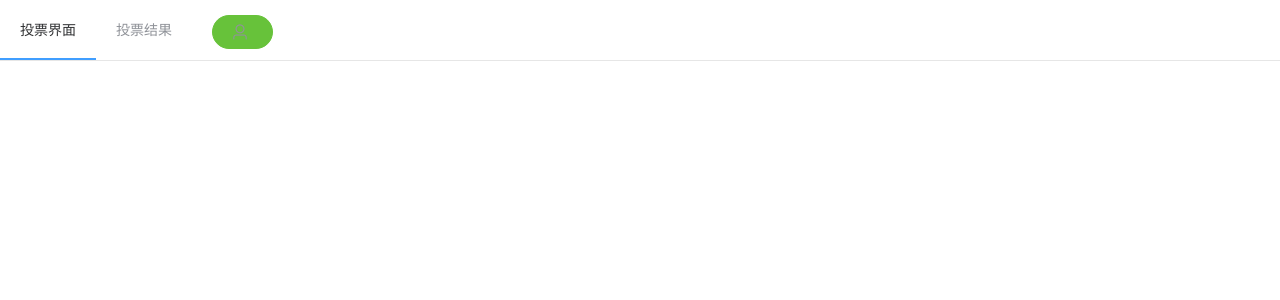
Repository: 280hhh/vote
Page: /#/home
An editor plug-in stored every save of this project. The page is shown before and after the next save, followed by the edit.
The browser window is 1280 px wide. The pictures show the whole page.
The project was rebuilt for these pictures with package versions that can differ from the ones it lists, and the page was loaded fresh each time. Also part of the build but not shown: src/components/login.vue, src/components/register.vue, src/components/result.vue.

Above is the page before, as saved 2021-06-12 15:35:02.

### src/App.vue
<template>
    <div id="app">
      <router-view></router-view>
    </div>
</template>

<script>
export default {
  data(){
    return{

    }
  }
}
</script>

<style>
</style>

### src/router/index.js
import Vue from 'vue'
import VueRouter from 'vue-router'
import Login from '../components/login.vue'
import '../assets/css/global.css'
import Home from '../components/home.vue'
import Register from '../components/register.vue'
import Result from '../components/result.vue'


Vue.use(VueRouter)

const routes = [
  {path:'/',redirect:'/login'},
  {path:'/login',component:Login},
  {path:'/home',component:Home},
  {path:'/register',component:Register},
  {path:'/result',component:Result}
]

const router = new VueRouter({
  routes
})

export default router

### src/plugins/element.js
import Vue from 'vue'
import { Button } from 'element-ui'
import {Form,FormItem} from 'element-ui'
import {Input} from 'element-ui'
import {Message} from 'element-ui'
import {Menu} from 'element-ui'
import {MenuItem} from 'element-ui'
import {Submenu} from 'element-ui'
import {Dropdown,DropdownItem,DropdownMenu} from 'element-ui'

Vue.use(Button)
Vue.use(Form)
Vue.use(FormItem)
Vue.use(Input)
Vue.prototype.$message=Message
Vue.use(Menu)
Vue.use(MenuItem)
Vue.use(Submenu)
Vue.use(Dropdown)
Vue.use(DropdownItem)
Vue.use(DropdownMenu)

### src/assets/css/global.css
html,
body,
#app{
  height: 100%;
  margin: 0;
  padding: 0;
}

### src/components/home.vue
<template>
  <div>
      <el-menu :default-active="this.$route.path" router class="el-menu-demo" mode="horizontal">
        <el-menu-item v-for="(item,i) in nvaList" :key="i" :index="item.name">
          <template slot="title">
           <span> {{ item.navItem }}</span>
         </template>
        </el-menu-item>
        <el-menu-item>
          <el-dropdown>
            <el-button icon="el-icon-user" size="mini" type="success" round></el-button>
            <el-dropdown-menu slot="dropdown">
              <el-dropdown-item>黄金糕</el-dropdown-item>
              <el-dropdown-item>狮子头</el-dropdown-item>
              <el-dropdown-item>螺蛳粉</el-dropdown-item>
            </el-dropdown-menu>
          </el-dropdown>
        </el-menu-item>
      </el-menu>
  </div>
</template>

<script>
export default {
  data(){
    return{
      nvaList:[
        {name:'/home',navItem:'投票界面'},
        {name:'/result',navItem:'投票结果'}
      ]
    }
  },
  methods:{
  }
}
</script>

<style>

</style>

Loaded but not shown: public/index.html (common file); src/main.js (common file)

After the next save:
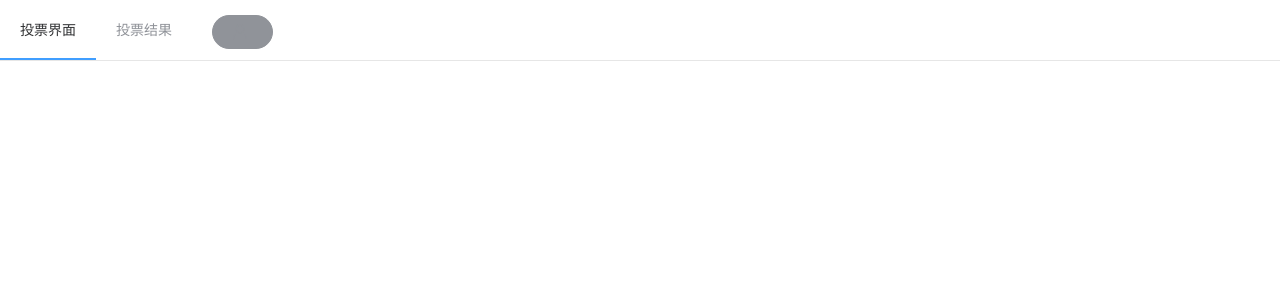
Saved 27 s later.
--- a/src/components/home.vue
+++ b/src/components/home.vue
@@ -8,7 +8,7 @@
         </el-menu-item>
         <el-menu-item>
           <el-dropdown>
-            <el-button icon="el-icon-user" size="mini" type="success" round></el-button>
+            <el-button icon="el-icon-user" size="mini" type="info" round></el-button>
             <el-dropdown-menu slot="dropdown">
               <el-dropdown-item>黄金糕</el-dropdown-item>
               <el-dropdown-item>狮子头</el-dropdown-item>
